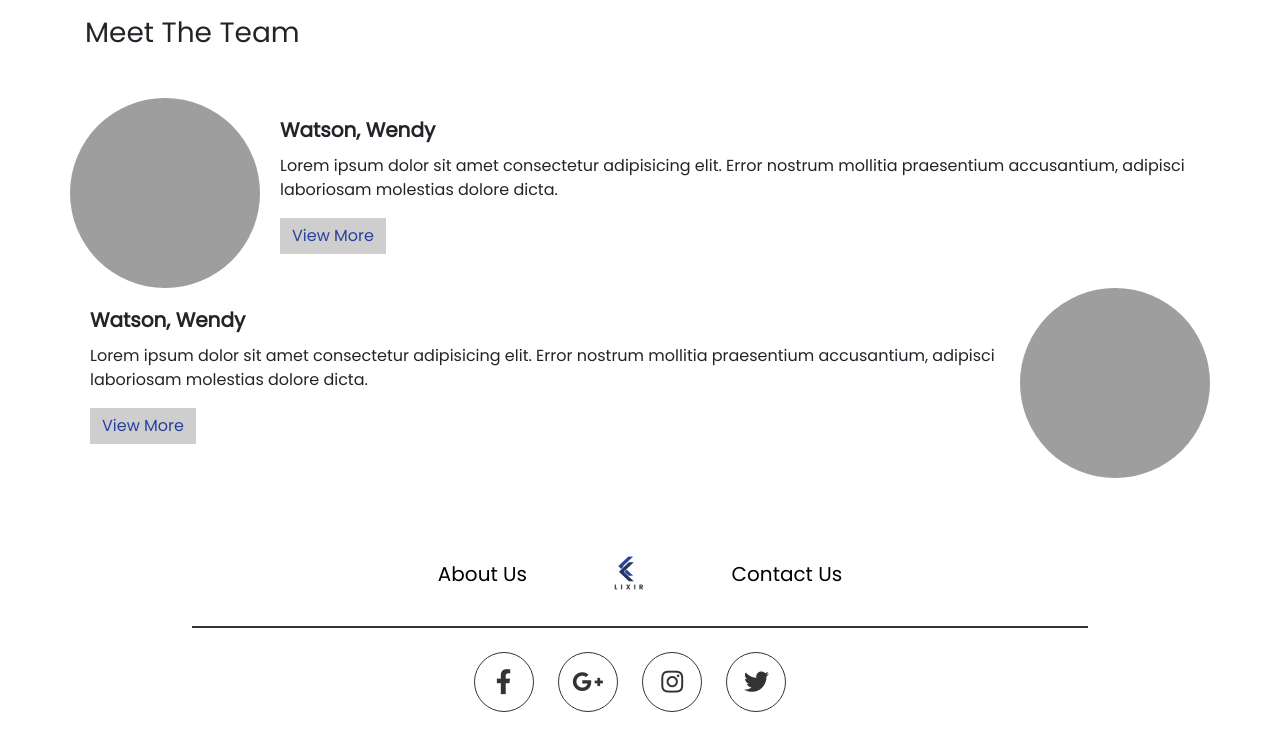
Repository: phiiileo/lit-page
Page: team-page.html
The author's editor kept a copy of each file at every save. The page is drawn from the files as they stood at one save, then again after a run of saves.
The browser window is 1280 px wide. The pictures show the whole page.
Pictures or frames that could not be fetched are drawn as grey boxes. Some web libraries are served in a nearby version.

Above is the page before, as saved 2019-12-04 21:30:57.

After the next 5 saves:
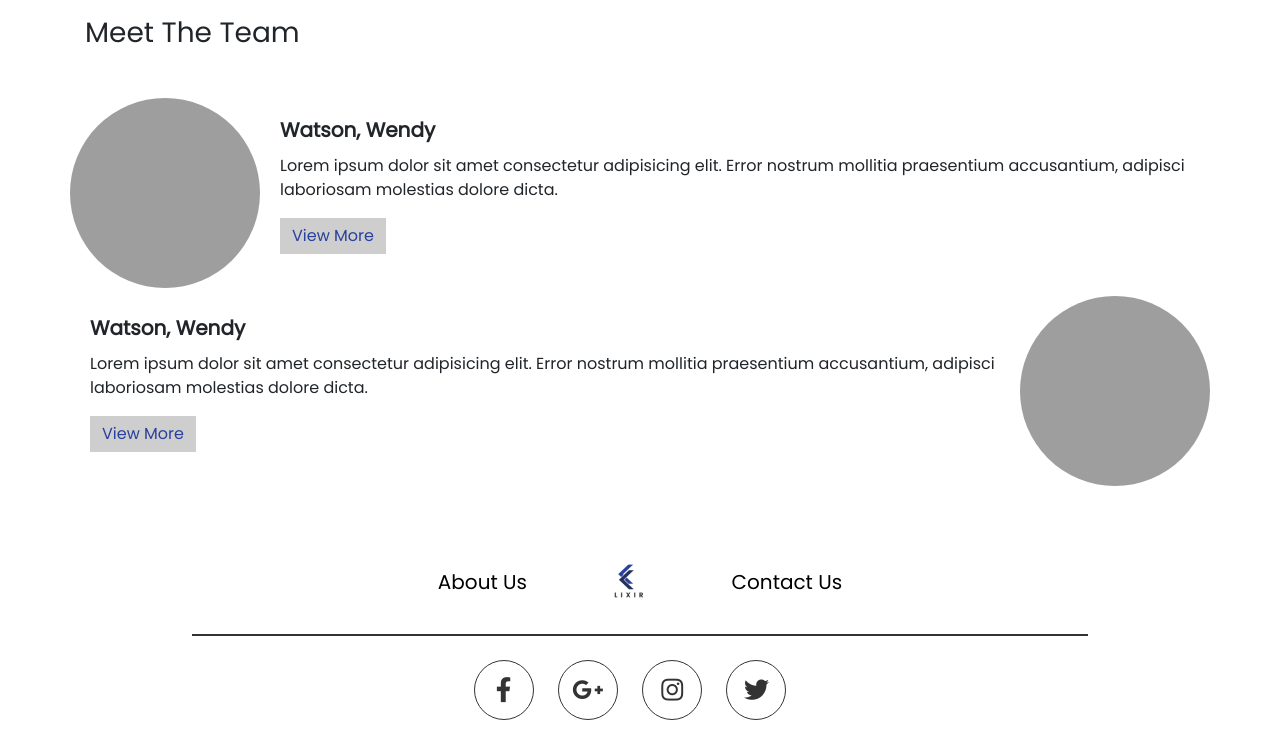
The 5 saves are shown as one change because they came seconds apart.
The last was saved 9 s later.
--- a/team-page.html
+++ b/team-page.html
@@ -27,7 +27,7 @@
     <p><h3>Meet The Team</h3></p>
     <div class="row row-cols-1 row-cols-md-1 mt-5 mb-5">
         <div class="card">
-            <div class="row no-gutters">
+            <div class="row no-gutters mb-2">
 
                 <div class="col-md-2">
                     <img src="https://res.cloudinary.com/gboyega/image/upload/v1575387409/grillspot/profile-placeholder_kqu2no.png" alt="profileImage" class=" card-img team-image img-responsive">
